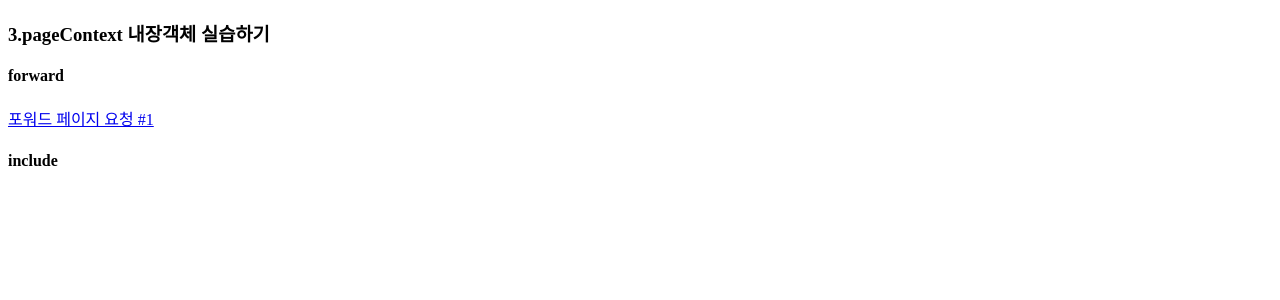
Repository: Jinwoooooooo/GCA_JSP
Page: http://localhost/ch03/3.pageContext.jsp
These files come from the project's save history. The page is drawn as it stood at one moment and after the next save; the edit follows.
The browser window is 1280 px wide. The pictures show the whole page.
The page is served by Tomcat 9.

Above is the page before, as saved 2025-02-04 02:07:16.

### ch03/src/main/webapp/3.pageContext.jsp
<%@ page language="java" contentType="text/html; charset=UTF-8"
    pageEncoding="UTF-8"%>
<!DOCTYPE html>
<html>
<head>
<meta charset="UTF-8">
<title>3.pageContext</title>

<!--
	날짜 : 2025/02/04
	이름 : 정진우
	내용 : JSP 내장객체 pageContext 실습하기
-->

</head>
<body>
	<h3>3.pageContext 내장객체 실습하기</h3>

	<h4>forward</h4>
	<a href="./proc/forward1.jsp">포워드 페이지 요청 #1</a>

	<h4>include</h4>
	<% %>
</body>
</html>

After the next save:
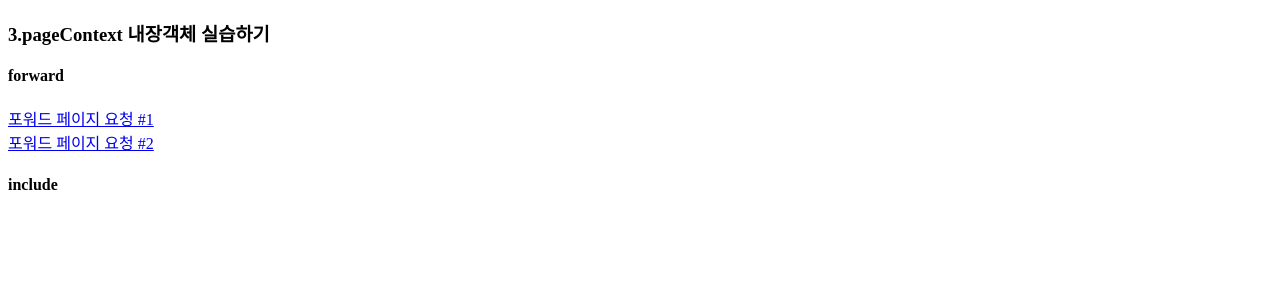
Saved 12 s later.
--- a/ch03/src/main/webapp/3.pageContext.jsp
+++ b/ch03/src/main/webapp/3.pageContext.jsp
@@ -17,7 +17,8 @@
 	<h3>3.pageContext 내장객체 실습하기</h3>
 
 	<h4>forward</h4>
-	<a href="./proc/forward1.jsp">포워드 페이지 요청 #1</a>
+	<a href="./proc/forward1.jsp">포워드 페이지 요청 #1</a><br>
+	<a href="./proc/forward1.jsp">포워드 페이지 요청 #2</a><br>
 
 	<h4>include</h4>
 	<% %>
